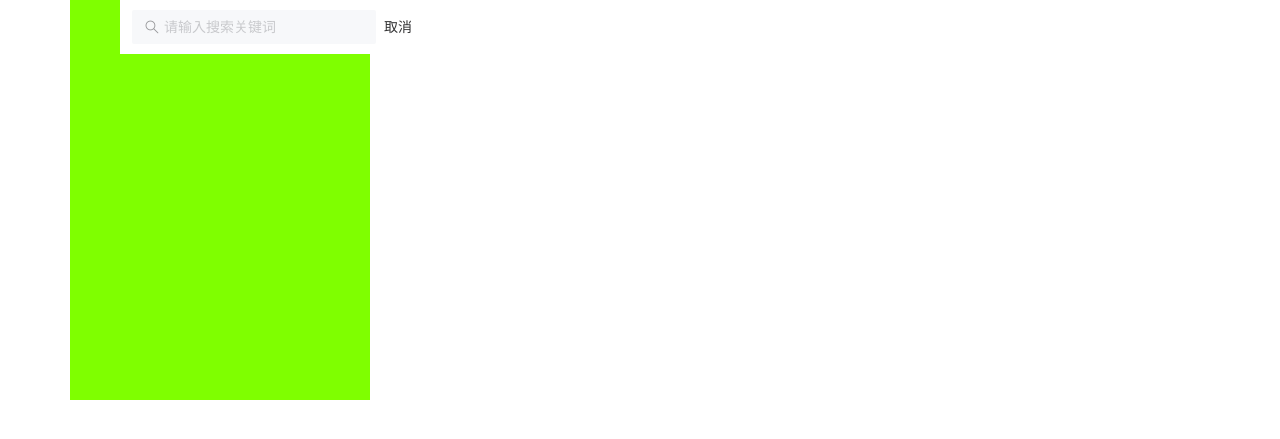
Repository: liyang777777/shangcheng
Page: /
These files come from the project's save history. The page is drawn as it stood at one moment and after the next save; the edit follows.
The browser window is 1280 px wide. The pictures show the whole page.
The page's requests for data from a server got no answer. The project was rebuilt for these pictures with package versions that can differ from the ones it lists, and the page was loaded fresh each time. No one was signed in, and anything a server would have sent is missing. Also part of the build but not shown: vue.config.js. Imported but missing from the stored project, and not drawn on this page: src/views/About.

Above is the page before, as saved 2020-06-22 17:39:34.

After the next save:
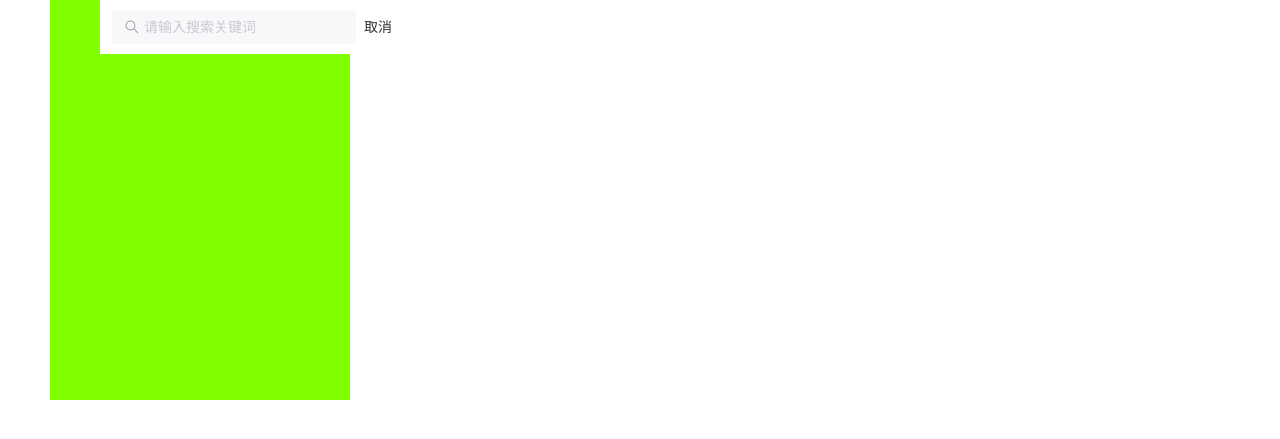
Saved 16 s later.
--- a/src/views/Home.vue
+++ b/src/views/Home.vue
@@ -45,6 +45,6 @@ export default {
   width: 300px;
   height: 400px;
   background: chartreuse;
-  margin-left: 70px;
+  margin-left: 50px;
 }
 </style>
